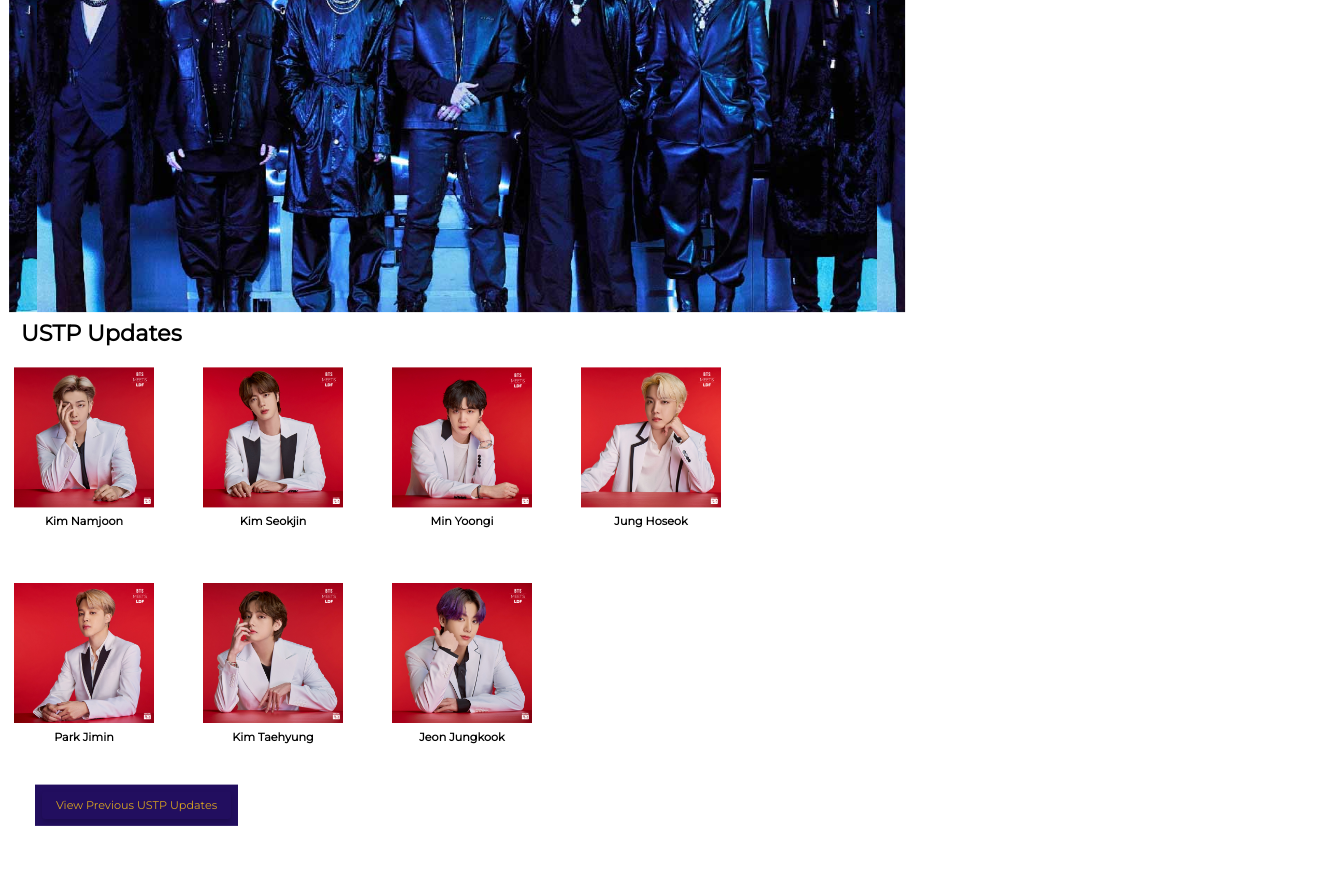
Repository: Joy5345/Colis-MidTerm_PIT
Page: index.html
An editor plug-in stored every save of this project. The page is shown before and after the next save, followed by the edit.
The browser window is 1280 px wide. The page is 1920 px wide, so the pictures cover 1920 px, including what lies to the right of the window. The pictures show the part of the page from y = 1127 to 2407 px (the page is 2407 px tall before and 2317 px after), at 70% of full size.

Above is the page before, as saved 2023-07-29 21:07:18.

After the next save:
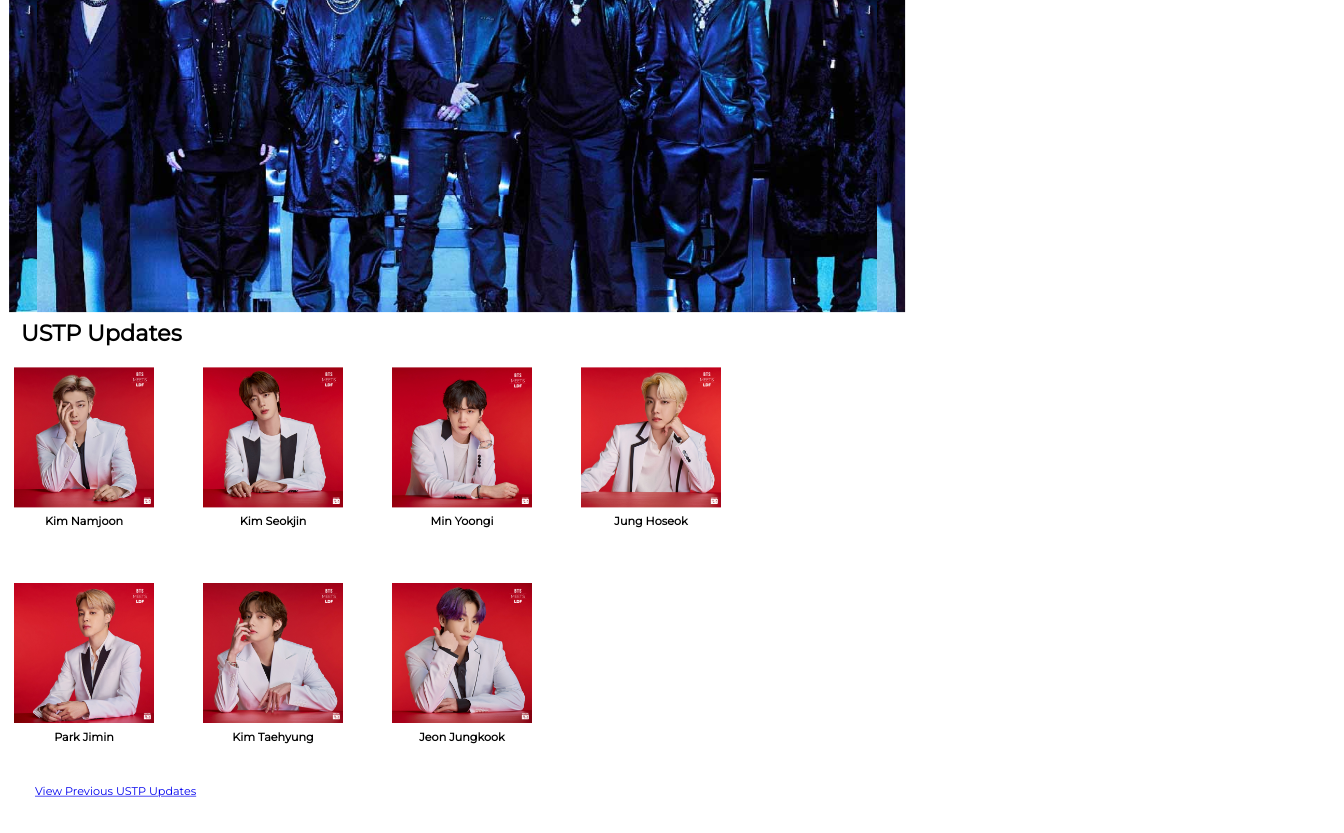
Saved 73 s later.
--- a/index.html
+++ b/index.html
@@ -142,9 +142,9 @@
 
 
     <div class="container4">
-        <div class="learn-more">
-            <div class="learn-more-btn">
-                <a href="#" class="learn-more-link">View Previous USTP Updates</a>
+        <div class="updates">
+            <div class="update-btn">
+                <a href="#" class="update-btn-link">View Previous USTP Updates</a>
             </div>
         </div>
     </div>
